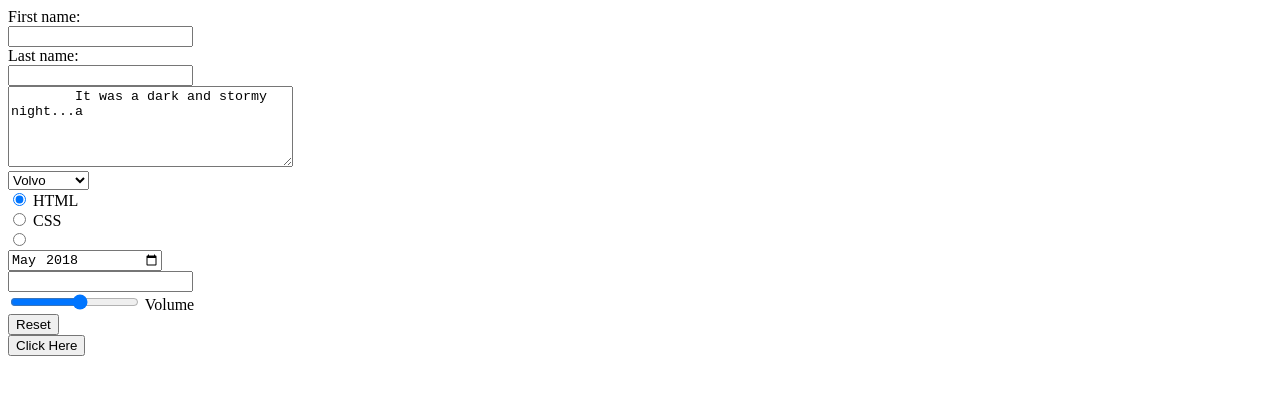
Repository: KANNAHWORLD/201Work
Page: lab9/Lab11/src/main/webapp/lab11.html
An editor plug-in stored every save of this project. The page is shown before and after the next save, followed by the edit.
The browser window is 1280 px wide. The pictures show the whole page.

Above is the page before, as saved 2022-11-16 21:04:05.

After the next save:
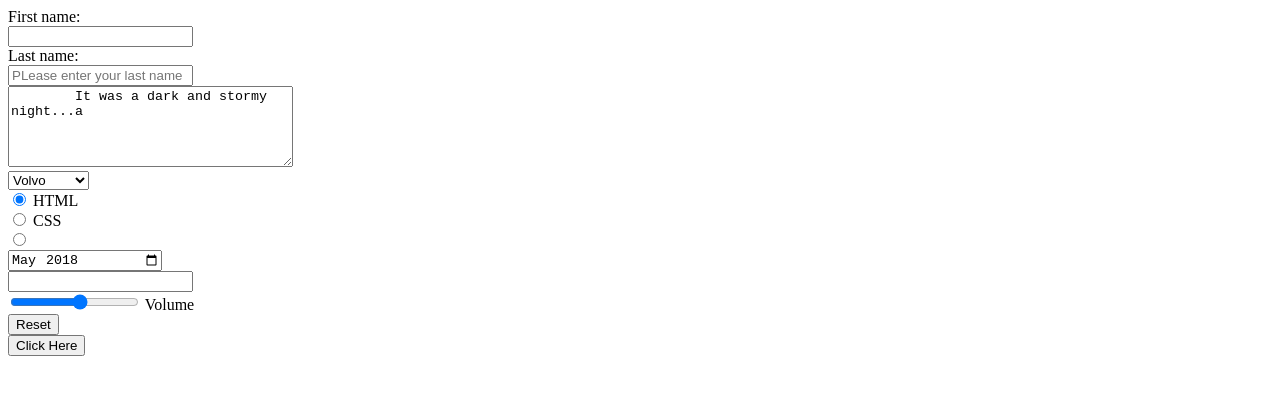
Saved 86 s later.
--- a/lab9/Lab11/src/main/webapp/lab11.html
+++ b/lab9/Lab11/src/main/webapp/lab11.html
@@ -13,7 +13,7 @@
   <input required type="text" id="fname" name="fname"><br>
 
   <label for="lname">Last name:</label><br>
-  <input type="text" id="lname" name="lname"><br>
+  <input placeholder = "PLease enter your last name" type="text" id="lname" name="lname"><br>
 
 
   <textarea id="story" name="story"
